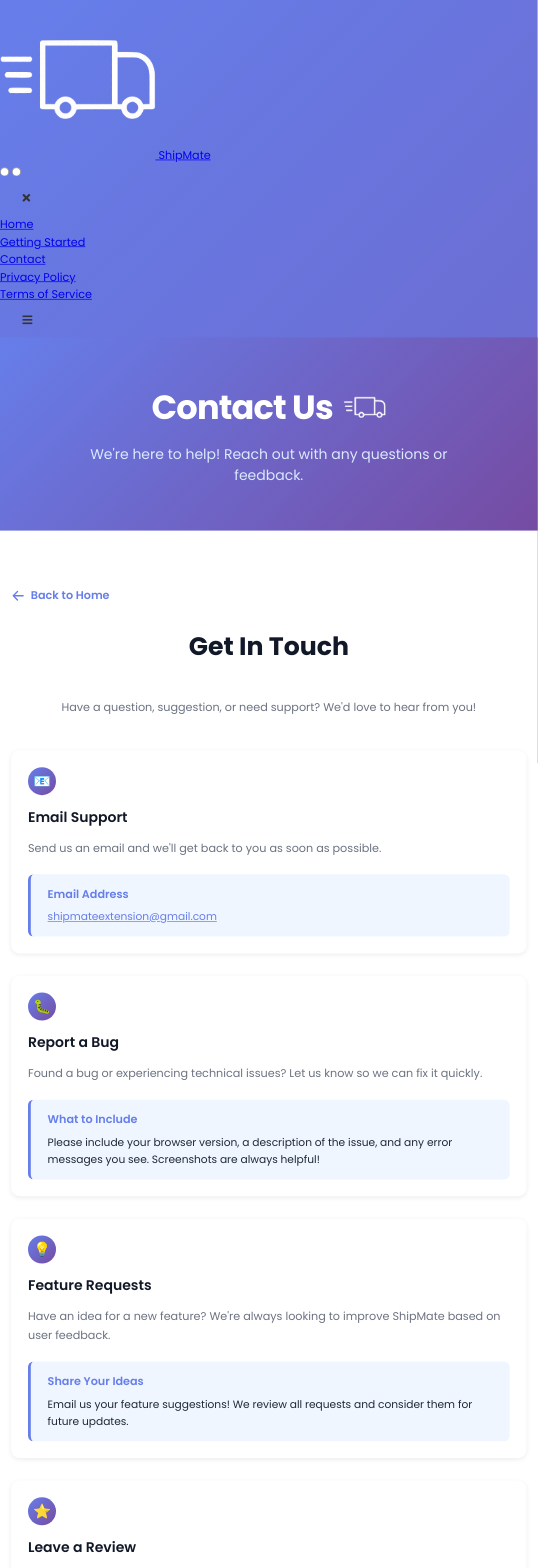
Repository: epeguero8311/shipmate-website
Page: contact.html
An editor plug-in stored every save of this project. The page is shown before and after the next save, followed by the edit.
The browser window is 768 px wide. The pictures show the part of the page from y = 0 to 2240 px (the page is 3045 px tall before and 2633 px after), at 70% of full size.

Above is the page before, as saved 2025-11-03 14:44:09.

### contact.html
<!DOCTYPE html>
<html lang="en">
<head>
  <meta charset="UTF-8" />
  <meta name="viewport" content="width=device-width, initial-scale=1.0" />
  <title>Contact Us - ShipMate</title>
  <meta name="description" content="Get in touch with the ShipMate team for support and inquiries." />
  <link rel="icon" href="assets/icons/icon.png" type="image/png" />
  <link href="https://fonts.googleapis.com/css2?family=Poppins:wght@200;300;400;500;600;700&display=swap" rel="stylesheet">
  <link rel="stylesheet" href="https://cdnjs.cloudflare.com/ajax/libs/font-awesome/5.15.3/css/all.min.css"/>
  <link rel="stylesheet" href="styles/styles.css" />
  <link rel="stylesheet" href="styles/help.css" />
</head>
<body>

  <!-- NAVIGATION -->
  <nav>
    <div class="wrapper">
      <div class="logo">
        <a href="index.html">
          <img src="assets/icons/icon.png" alt="ShipMate Logo" class="nav-logo-img" />
          ShipMate
        </a>
      </div>
      <input type="radio" name="slider" id="menu-btn">
      <input type="radio" name="slider" id="close-btn">
      <ul class="nav-links">
        <label for="close-btn" class="btn close-btn"><i class="fas fa-times"></i></label>
        <li><a href="index.html">Home</a></li>
        <li><a href="help.html">Getting Started</a></li>
        <li><a href="contact.html">Contact</a></li>
        <li><a href="privacy.html">Privacy Policy</a></li>
        <li><a href="terms.html">Terms of Service</a></li>
      </ul>
      <label for="menu-btn" class="btn menu-btn"><i class="fas fa-bars"></i></label>
    </div>
  </nav>

  <!-- HEADER -->
  <header class="header">
    <div class="header-container">
      <div class="header-logo-title">
        <h1 class="header-title">Contact Us</h1>
        <img src="assets/icons/icon.png" alt="ShipMate Logo" class="header-logo" />
      </div>
      <p class="header-subtitle">We're here to help! Reach out with any questions or feedback.</p>
    </div>
  </header>

  <!-- CONTACT CONTENT -->
  <section class="section">
    <div class="help-container">

      <a href="index.html" class="back-link">
        <svg width="20" height="20" viewBox="0 0 20 20" fill="currentColor">
          <path fill-rule="evenodd" d="M9.707 16.707a1 1 0 01-1.414 0l-6-6a1 1 0 010-1.414l6-6a1 1 0 011.414 1.414L5.414 9H17a1 1 0 110 2H5.414l4.293 4.293a1 1 0 010 1.414z" clip-rule="evenodd"/>
        </svg>
        Back to Home
      </a>

      <div class="help-header">
        <h2 class="section-title">Get In Touch</h2>
        <p class="help-intro">
          Have a question, suggestion, or need support? We'd love to hear from you!
        </p>
      </div>

      <!-- Contact Methods -->
      <div class="help-step fade-in">
        <div class="step-number">📧</div>
        <h3 class="step-title">Email Support</h3>
        <p class="step-description">
          Send us an email and we'll get back to you as soon as possible.
        </p>
        <div class="tip-box">
          <div class="tip-title">Email Address</div>
          <p class="tip-text">
            <a href="mailto:shipmateextension@gmail.com" style="color: #667eea; text-decoration: underline;">shipmateextension@gmail.com</a>
          </p>
        </div>
      </div>

      <div class="help-step fade-in">
        <div class="step-number">🐛</div>
        <h3 class="step-title">Report a Bug</h3>
        <p class="step-description">
          Found a bug or experiencing technical issues? Let us know so we can fix it quickly.
        </p>
        <div class="tip-box">
          <div class="tip-title">What to Include</div>
          <p class="tip-text">
            Please include your browser version, a description of the issue, and any error messages you see. Screenshots are always helpful!
          </p>
        </div>
      </div>

      <div class="help-step fade-in">
        <div class="step-number">💡</div>
        <h3 class="step-title">Feature Requests</h3>
        <p class="step-description">
          Have an idea for a new feature? We're always looking to improve ShipMate based on user feedback.
        </p>
        <div class="tip-box">
          <div class="tip-title">Share Your Ideas</div>
          <p class="tip-text">
            Email us your feature suggestions! We review all requests and consider them for future updates.
          </p>
        </div>
      </div>

      <div class="help-step fade-in">
        <div class="step-number">⭐</div>
        <h3 class="step-title">Leave a Review</h3>
        <p class="step-description">
          Love ShipMate? Consider leaving us a review on the Chrome Web Store. Your feedback helps us grow!
        </p>
        <div class="tip-box">
          <div class="tip-title">Review on Chrome Web Store</div>
          <p class="tip-text">
            <a href="https://chromewebstore.google.com/detail/shipmate-delivery-tracker/hbnidnckiggpllldjpolkijioglgdcma" target="_blank" style="color: #667eea; text-decoration: underline;">Write a Review</a>
          </p>
        </div>
      </div>

    </div>
  </section>

  <!-- QUICK LINKS -->
  <section class="section-alt">
    <div class="section-container help-support">
      <h2 class="section-title">Helpful Resources</h2>
      <p class="section-subtitle">
        Check out these resources for quick answers to common questions.
      </p>
      <div class="header-buttons">
        <a href="help.html" class="btn btn-primary">Getting Started Guide</a>
        <a href="privacy.html" class="btn2 btn2-primary">Privacy Policy</a>
        <a href="terms.html" class="btn2 btn2-primary">Terms of Service</a>
      </div>
    </div>
  </section>

  <!-- FOOTER -->
  <footer class="footer">
    <div class="footer-container">
      <p>
        &copy; 2025 ShipMate. All rights reserved. |
        <a href="terms.html" class="link">Terms</a> |
        <a href="privacy.html" class="link">Privacy</a> |
        <a href="help.html" class="link">Help</a> |
        Contact: shipmateextension@gmail.com
      </p>
    </div>
  </footer>

</body>
</html>

### styles/styles.css
@import url('https://fonts.googleapis.com/css2?family=Poppins:wght@400;600;700&display=swap');

/* ========================================
   GLOBAL & RESET
   ======================================== */
* {
  margin: 0;
  padding: 0;
  box-sizing: border-box;
}

html {
  scroll-behavior: smooth;
  -ms-overflow-style: none;
  scrollbar-width: none;
}

html::-webkit-scrollbar { display: none; }

body {
  background: linear-gradient(135deg, #667eea 0%, #764ba2 100%);
  margin: 0;
  font-family: 'Poppins', sans-serif;
  -webkit-font-smoothing: antialiased;
  color: #333;
}

/* ========================================
   HEADER
   ======================================== */
.header {
  background: linear-gradient(135deg, #667eea 0%, #764ba2 100%);
  color: white;
  padding: 4rem 0;
  text-align: center;
}

.header-container {
  max-width: 100%;
  padding: 0 1rem;
}

.header-logo-title {
  display: flex;
  align-items: center;
  justify-content: center;
  gap: 1rem;
  flex-wrap: wrap;
}

.header-logo {
  width: 60px;
  height: 60px;
  border-radius: 12px;
}

.header-title {
  font-size: 2.25rem;
  font-weight: 800;
  letter-spacing: -0.025em;
  animation: fadeIn 1s forwards;
}

@media (min-width: 768px) {
  .header-title { font-size: 3rem; }
}

.header-subtitle {
  margin-top: 1rem;
  font-size: 1.125rem;
  color: #DBEAFE;
  max-width: 32rem;
  margin-left: auto;
  margin-right: auto;
}

@media (min-width: 768px) {
  .header-subtitle { font-size: 1.25rem; }
}

/* ========================================
   BUTTONS
   ======================================== */
.header-buttons {
  display: flex;
  gap: 12px;
  justify-content: center;
  align-items: center;
  flex-wrap: wrap;
  margin-top: 20px;
}

/* Primary Button (White with blue text) */
.btn {
  display: inline-block;
  font-weight: 600;
  padding: 0.75rem 2rem;
  border-radius: 9999px;
  text-decoration: none;
  transition: all 0.3s ease;
  font-size: 1rem;
}

.btn-primary {
  background-color: white;
  color: #2563EB;
}

.btn-primary:hover {
  transform: scale(1.05);
  background-color: #EFF6FF;
  box-shadow: 0 4px 12px rgba(37, 99, 235, 0.2);
}

/* Secondary Buttons (CTA footer) */
.btn-secondary {
  background: transparent;
  color: #ffffff;
  border: 2px solid #ececec;
  padding: 0.75rem 2rem;
  border-radius: 9999px;
  font-weight: 600;
  font-size: 1rem;
  text-decoration: none;
}

.btn-secondary:hover {
  background: #667eea;
  color: white;
  transform: translateY(-2px);
  box-shadow: 0 4px 12px rgba(102, 126, 234, 0.3);
}

/* btn2-primary – Blue Border Button (Free vs Pro) */
.btn2 {
  display: inline-block;
  font-weight: 600;
  padding: 0.85rem 2.2rem;
  border-radius: 9999px;
  text-decoration: none;
  transition: all 0.3s ease;
  font-size: 1rem;
  border: 2.5px solid transparent;
}

.btn2-primary {
  background: white;
  color: #0051ff;
  border: 2.5px solid #0051ff;
  box-shadow: 0 2px 8px rgba(0, 81, 255, 0.15);
}

.btn2-primary:hover {
  background: #f0f5ff;
  border-color: #0044cc;
  transform: translateY(-2px) scale(1.03);
  box-shadow: 0 6px 16px rgba(0, 81, 255, 0.25);
}

/* ========================================
   SECTIONS
   ======================================== */
.section, .section-alt, .cta {
  padding: 5rem 0;
}

.section { background-color: white; }
.section-alt { background-color: #F9FAFB; }

.section-container, .cta-container {
  max-width: 100%;
  padding: 0 1rem;
  margin: 0 auto;
}

.section-title {
  font-size: 1.875rem;
  font-weight: 700;
  color: #111827;
  text-align: center;
  margin-bottom: 3rem;
  animation: fadeIn 1s forwards;
}

@media (min-width: 768px) {
  .section-title { font-size: 2.25rem; }
}

.section-subtitle {
  text-align: center;
  color: #6B7280;
  margin-bottom: 3rem;
  max-width: 48rem;
  margin-left: auto;
  margin-right: auto;
  font-size: 1.125rem;
}

/* ========================================
   GRID & CARDS
   ======================================== */
.grid {
  display: grid;
  gap: 2rem;
  padding: 0 1rem;
}

@media (min-width: 768px) {
  .grid { grid-template-columns: repeat(3, 1fr); }
}

.grid-screenshots {
  display: grid;
  gap: 2rem;
  padding: 0 1rem;
}

@media (min-width: 768px) {
  .grid-screenshots { grid-template-columns: repeat(3, 1fr); }
}

@media (max-width: 767px) {
  .grid-screenshots { grid-template-columns: 1fr; }
}

.card {
  text-align: center;
  padding: 1.5rem;
  background-color: #F9FAFB;
  border-radius: 0.5rem;
  box-shadow: 0 1px 3px rgba(0, 0, 0, 0.1);
  transition: transform 0.3s ease;
}

.card:hover { transform: scale(1.05); }

.card-title {
  font-size: 1.25rem;
  font-weight: 600;
  color: #1F2937;
  margin: 1rem 0 0.5rem;
}

.card-text { color: #6B7280; }

.screenshot-img {
  width: 300px;
  height: auto;
  border-radius: 0.5rem;
  margin-bottom: 1rem;
  border: 3px solid transparent;
  padding: 4px;
  box-sizing: border-box;
}

/* ========================================
   TABLE
   ======================================== */
.table-wrapper {
  overflow-x: auto;
  padding: 0 1rem;
  margin: 2rem 0;
}

.table {
  width: 100%;
  max-width: 64rem;
  margin: 0 auto;
  background-color: white;
  border-radius: 0.5rem;
  box-shadow: 0 1px 3px rgba(0, 0, 0, 0.1);
  border-collapse: collapse;
}

.table-header {
  background: linear-gradient(135deg, #667eea 0%, #764ba2 100%);
  color: white;
}

.table th, .table td {
  padding: 1.2rem 1.5rem;
  text-align: center;
  font-size: 0.925rem;
  font-weight: 500;
}

.table th { text-align: left; }

.table tbody tr:nth-child(even) {
  background-color: #f9fafc;
}

.table tbody tr:hover {
  background-color: #f1f5f9;
}

/* ========================================
   CTA & FOOTER
   ======================================== */
.cta {
  background: linear-gradient(135deg, #667eea 0%, #764ba2 100%);
  color: white;
  text-align: center;
}

.cta .section-title { color: white; }
.cta .section-subtitle { color: #DBEAFE; }

.footer {
  background-color: #111827;
  color: white;
  text-align: center;
  padding: 2rem 1rem;
  font-size: 0.9rem;
}

.footer-container { max-width: 100%; padding: 0 1rem; }

.link {
  color: #D1D5DB;
  text-decoration: underline;
}

.link:hover { color: white;; }

/* ========================================
   ANIMATIONS
   ======================================== */
.fade-in {
  opacity: 0;
  animation: fadeIn 1s forwards;
}

@keyframes fadeIn {
  to { opacity: 1; }
}

### styles/help.css
/* ========================================
   HELP PAGE STYLES
   ======================================== */

/* Help Container */
.help-container {
  max-width: 900px;
  margin: 0 auto;
  padding: 0 1.5rem;
}

/* Help Header */
.help-header {
  text-align: center;
  margin-bottom: 3rem;
}

.help-intro {
  font-size: 1.125rem;
  color: #6B7280;
  max-width: 700px;
  margin: 1rem auto 0;
  line-height: 1.6;
}

/* Back Link */
.back-link {
  display: inline-flex;
  align-items: center;
  color: #667eea;
  text-decoration: none;
  font-weight: 600;
  margin-bottom: 2rem;
  transition: color 0.3s ease;
}

.back-link:hover {
  color: #764ba2;
}

.back-link svg {
  margin-right: 0.5rem;
}

/* Help Steps */
.help-step {
  background: white;
  border-radius: 12px;
  padding: 2rem;
  margin-bottom: 2rem;
  box-shadow: 0 2px 8px rgba(0, 0, 0, 0.08);
  transition: transform 0.3s ease, box-shadow 0.3s ease;
}

.help-step:hover {
  transform: translateY(-4px);
  box-shadow: 0 4px 16px rgba(102, 126, 234, 0.15);
}

/* Step Number */
.step-number {
  display: inline-flex;
  align-items: center;
  justify-content: center;
  width: 48px;
  height: 48px;
  background: linear-gradient(135deg, #667eea 0%, #764ba2 100%);
  color: white;
  border-radius: 50%;
  font-size: 1.5rem;
  font-weight: 700;
  margin-bottom: 1rem;
}

/* Step Content */
.step-title {
  font-size: 1.5rem;
  font-weight: 600;
  color: #111827;
  margin-bottom: 1rem;
}

.step-description {
  color: #6B7280;
  font-size: 1.05rem;
  line-height: 1.7;
  margin-bottom: 1.5rem;
}

/* Step Images */
.step-image {
  width: 100%;
  max-width: 600px;
  height: auto;
  border-radius: 8px;
  border: 2px solid #E5E7EB;
  margin-top: 1rem;
  display: block;
}

/* Tip Box */
.tip-box {
  background: #EFF6FF;
  border-left: 4px solid #667eea;
  padding: 1rem 1.5rem;
  border-radius: 8px;
  margin-top: 1.5rem;
}

.tip-title {
  font-weight: 600;
  color: #667eea;
  margin-bottom: 0.5rem;
}

.tip-text {
  color: #1F2937;
  font-size: 0.95rem;
  line-height: 1.6;
}

/* Help Support Section */
.help-support {
  text-align: center;
}

/* ========================================
   RESPONSIVE DESIGN
   ======================================== */

/* Tablet and below */
@media (max-width: 768px) {
  .help-container {
    padding: 0 1rem;
  }

  .help-step {
    padding: 1.5rem;
  }

  .step-title {
    font-size: 1.25rem;
  }

  .step-description {
    font-size: 1rem;
  }

  .step-number {
    width: 40px;
    height: 40px;
    font-size: 1.25rem;
  }

  .help-intro {
    font-size: 1rem;
  }
}

/* Mobile */
@media (max-width: 480px) {
  .help-step {
    padding: 1.25rem;
  }

  .step-title {
    font-size: 1.125rem;
  }

  .step-description {
    font-size: 0.95rem;
  }

  .tip-box {
    padding: 0.875rem 1.25rem;
  }

  .tip-text {
    font-size: 0.875rem;
  }
}

After the next save:
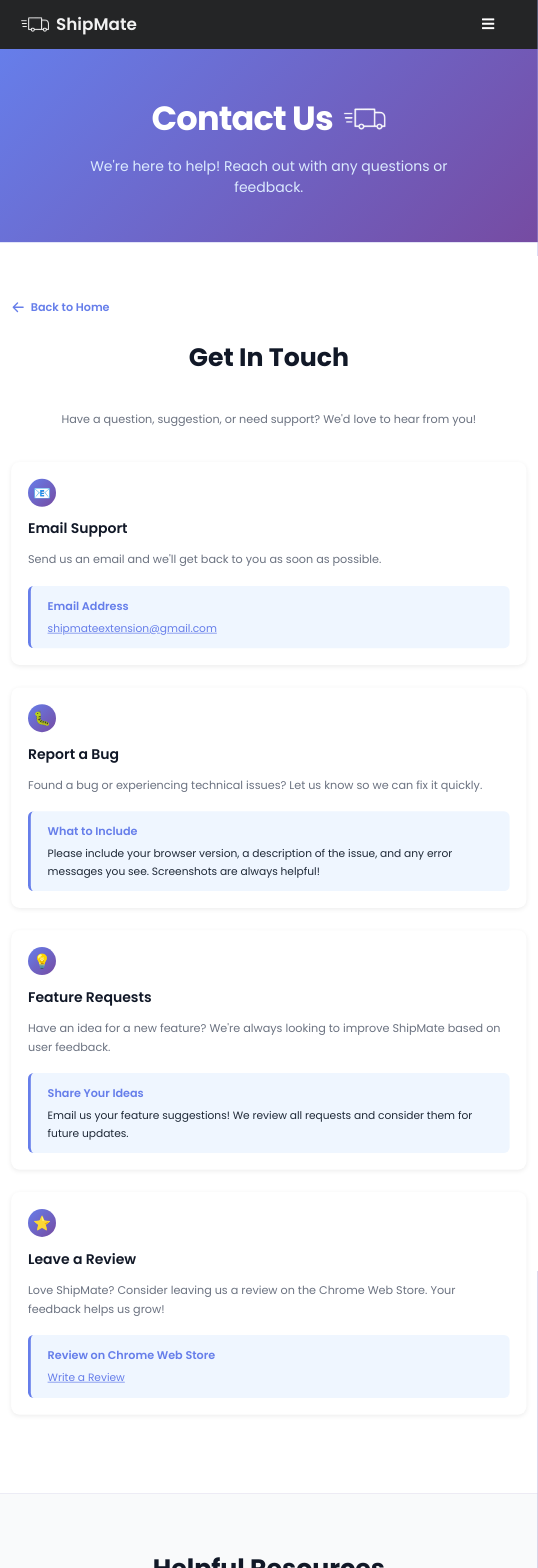
Saved 13 s later.
--- a/styles/styles.css
+++ b/styles/styles.css
@@ -1,4 +1,4 @@
-@import url('https://fonts.googleapis.com/css2?family=Poppins:wght@400;600;700&display=swap');
+@import url('https://fonts.googleapis.com/css2?family=Poppins:wght@200;300;400;500;600;700&display=swap');
 
 /* ========================================
    GLOBAL & RESET
@@ -23,6 +23,142 @@
   font-family: 'Poppins', sans-serif;
   -webkit-font-smoothing: antialiased;
   color: #333;
+  padding-top: 70px; /* Space for fixed nav */
+}
+
+/* ========================================
+   NAVIGATION
+   ======================================== */
+nav{
+  position: fixed;
+  z-index: 99;
+  width: 100%;
+  top: 0;
+  background: #242526;
+}
+nav .wrapper{
+  position: relative;
+  max-width: 1300px;
+  padding: 0px 30px;
+  height: 70px;
+  line-height: 70px;
+  margin: auto;
+  display: flex;
+  align-items: center;
+  justify-content: space-between;
+}
+.wrapper .logo a{
+  color: #f2f2f2;
+  font-size: 24px;
+  font-weight: 600;
+  text-decoration: none;
+  display: flex;
+  align-items: center;
+  gap: 10px;
+}
+.nav-logo-img{
+  width: 40px;
+  height: 40px;
+  border-radius: 8px;
+}
+.wrapper .nav-links{
+  display: inline-flex;
+}
+.nav-links li{
+  list-style: none;
+}
+.nav-links li a{
+  color: #f2f2f2;
+  text-decoration: none;
+  font-size: 18px;
+  font-weight: 500;
+  padding: 9px 15px;
+  border-radius: 5px;
+  transition: all 0.3s ease;
+}
+.nav-links li a:hover{
+  background: #3A3B3C;
+}
+.nav-links .mobile-item{
+  display: none;
+}
+.wrapper .btn{
+  color: #fff;
+  font-size: 20px;
+  cursor: pointer;
+  display: none;
+}
+.wrapper .btn.close-btn{
+  position: absolute;
+  right: 30px;
+  top: 10px;
+}
+
+@media screen and (max-width: 970px) {
+  .wrapper .btn{
+    display: block;
+  }
+  .wrapper .nav-links{
+    position: fixed;
+    height: 100vh;
+    width: 100%;
+    max-width: 350px;
+    top: 0;
+    left: -100%;
+    background: #242526;
+    display: block;
+    padding: 50px 10px;
+    line-height: 50px;
+    overflow-y: auto;
+    box-shadow: 0px 15px 15px rgba(0,0,0,0.18);
+    transition: all 0.3s ease;
+  }
+  /* custom scroll bar */
+  ::-webkit-scrollbar {
+    width: 10px;
+  }
+  ::-webkit-scrollbar-track {
+    background: #242526;
+  }
+  ::-webkit-scrollbar-thumb {
+    background: #3A3B3C;
+  }
+  #menu-btn:checked ~ .nav-links{
+    left: 0%;
+  }
+  #menu-btn:checked ~ .btn.menu-btn{
+    display: none;
+  }
+  #close-btn:checked ~ .btn.menu-btn{
+    display: block;
+  }
+  .nav-links li{
+    margin: 15px 10px;
+  }
+  .nav-links li a{
+    padding: 0 20px;
+    display: block;
+    font-size: 20px;
+  }
+  .nav-links .desktop-item{
+    display: none;
+  }
+  .nav-links .mobile-item{
+    display: block;
+    color: #f2f2f2;
+    font-size: 20px;
+    font-weight: 500;
+    padding-left: 20px;
+    cursor: pointer;
+    border-radius: 5px;
+    transition: all 0.3s ease;
+  }
+  .nav-links .mobile-item:hover{
+    background: #3A3B3C;
+  }
+}
+nav input{
+  display: none;
 }
 
 /* ========================================
@@ -321,7 +457,7 @@
   text-decoration: underline;
 }
 
-.link:hover { color: white;; }
+.link:hover { color: white; }
 
 /* ========================================
    ANIMATIONS
